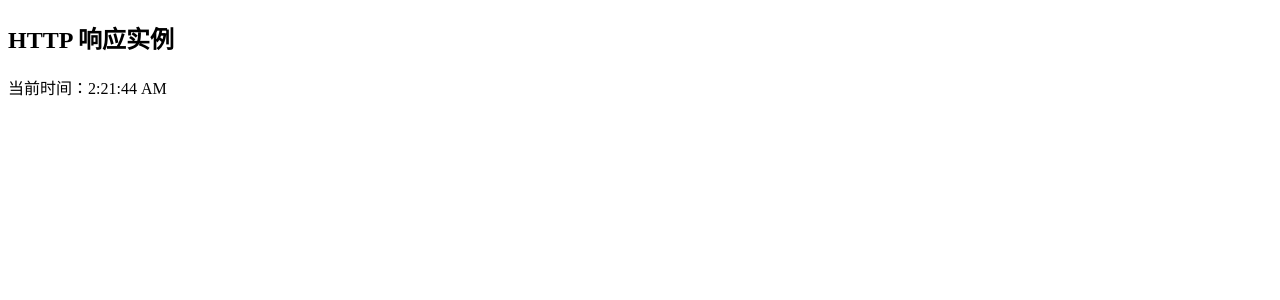
Repository: eterinfi/java
Page: http://localhost/JSPDemo/Refresh.jsp
These files come from the project's save history. The page is drawn as it stood at one moment and after the next save; the edit follows.
The browser window is 1280 px wide. The pictures show the whole page.
The page is served by Tomcat 9. Other server files are loaded and not shown.

Above is the page before, as saved 2016-11-15 08:54:06.

### jee/JSPDemo/WebContent/Refresh.jsp
<!DOCTYPE html>
<%@ page language="java" contentType="text/html; charset=UTF-8"
    pageEncoding="UTF-8"%>
<%@ page import="java.io.*, java.util.*" %>
<html>
<head>
  <meta charset="utf-8">
  <title>自动刷新实例</title>
</head>
<body>
  <h2>HTTP 响应实例</h2>
  <%
    // 设置每隔5秒自动刷新
    response.setIntHeader("Refresh", 5);
    // 获取当前时间
    Calendar calendar = new GregorianCalendar();
    String am_pm;
    int hour = calendar.get(Calendar.HOUR);
    int minute = calendar.get(Calendar.MINUTE);
    int second = calendar.get(Calendar.SECOND);
    if(calendar.get(Calendar.AM_PM) == 0)
    	am_pm = "AM";
    else
    	am_pm = "PM";
    String CT = hour + ":" + minute + ":" + second + " " + am_pm;
    out.println("当前时间：" + CT);
  %>
</body>
</html>

After the next save:
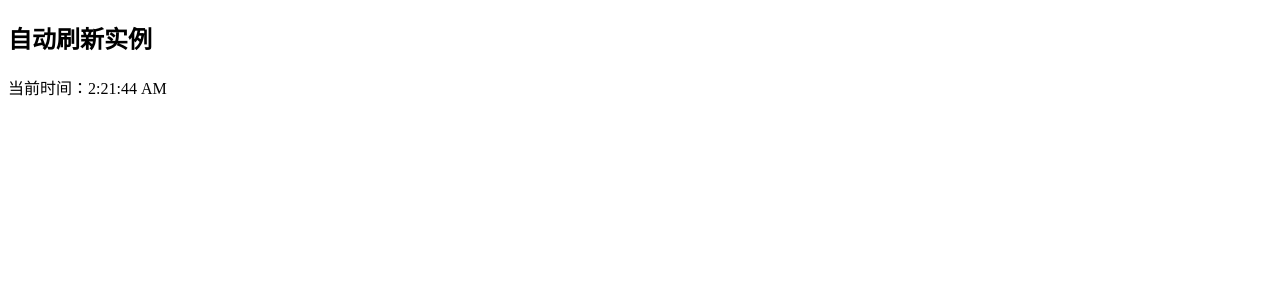
Saved 49 s later.
--- a/jee/JSPDemo/WebContent/Refresh.jsp
+++ b/jee/JSPDemo/WebContent/Refresh.jsp
@@ -8,7 +8,7 @@
   <title>自动刷新实例</title>
 </head>
 <body>
-  <h2>HTTP 响应实例</h2>
+  <h2>自动刷新实例</h2>
   <%
     // 设置每隔5秒自动刷新
     response.setIntHeader("Refresh", 5);
